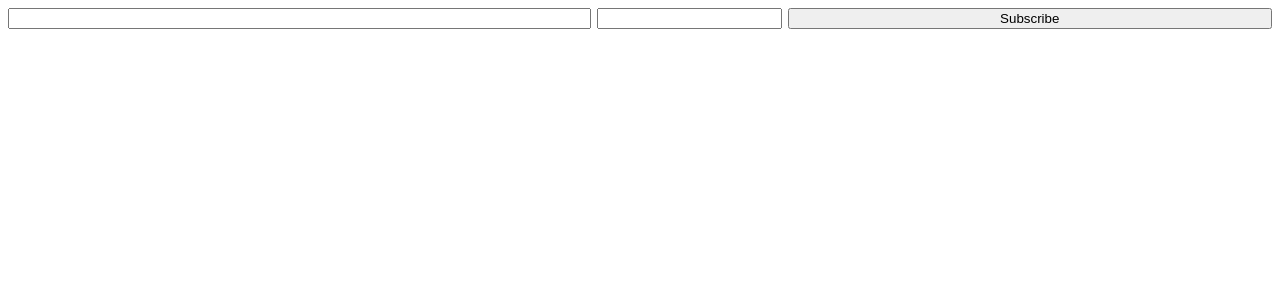
Repository: dinhhaidh/slider-book
Page: index.html
An editor plug-in stored every save of this project. The page is shown before and after a run of saves, followed by the edit.
The browser window is 1280 px wide. The pictures show the whole page.

Above is the page before, as saved 2024-01-15 10:27:19.

### index.html
<!DOCTYPE html>
<html lang="en">
<head>
    <meta charset="UTF-8">
    <meta name="viewport" content="width=device-width, initial-scale=1.0">
    <title>Document</title>
</head>
<style>
    form{
        display: flex;
        flex-wrap: wrap;
        gap: 6px;
    }
    .name{
        flex: 1 0 130px;
    }
    button{
        flex: 1 0 40px;
        background: #0;
    }
</style>
<body>
    <form action="">
        <input class="name">
        <input class="email">
        <button>Subscribe</button>
    </form>
</body>
</html>

After the next 4 saves:
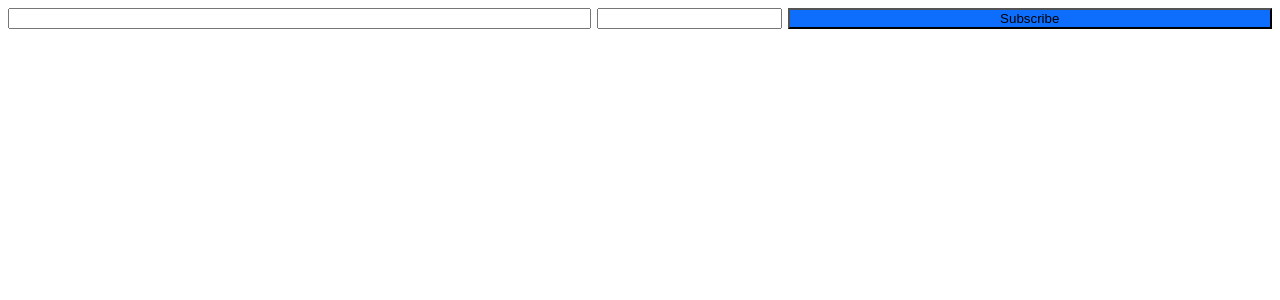
The 4 saves are shown as one change because they came seconds apart.
The last was saved 10 s later.
--- a/index.html
+++ b/index.html
@@ -16,7 +16,7 @@
     }
     button{
         flex: 1 0 40px;
-        background: #0;
+        background: #0d6efd;
     }
 </style>
 <body>
